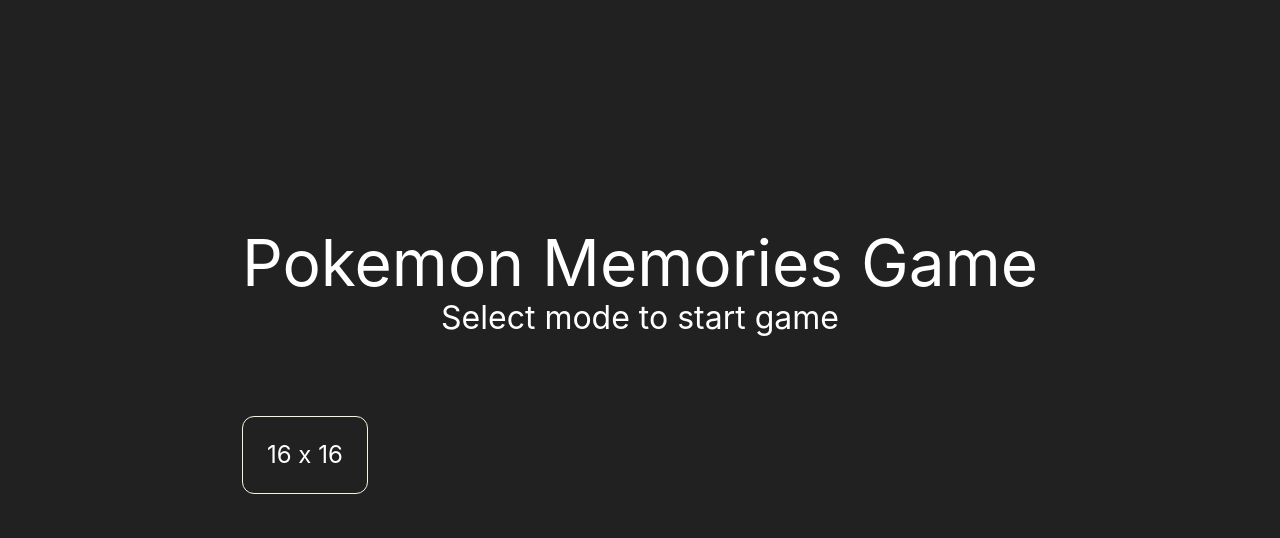
Repository: Kafierence/flip_card
Page: /
The author's editor kept a copy of each file at every save. The page is drawn from the files as they stood at one save, then again after the next save.
The browser window is 1280 px wide. The pictures show the whole page.
The project was rebuilt for these pictures with package versions that can differ from the ones it lists, and the page was loaded fresh each time. Also part of the build but not shown: vite.config.js.

Above is the page before, as saved 2022-09-20 14:22:43.

### index.html
<!DOCTYPE html>
<html lang="en">
  <head>
    <meta charset="UTF-8" />
    <link rel="icon" href="/favicon.ico" />
    <meta name="viewport" content="width=device-width, initial-scale=1.0" />
    <title>Memories Game</title>
    <!--Normalize CDN -->
    <link rel="stylesheet" href="https://cdnjs.cloudflare.com/ajax/libs/normalize/8.0.1/normalize.min.css" integrity="sha512-NhSC1YmyruXifcj/KFRWoC561YpHpc5Jtzgvbuzx5VozKpWvQ+4nXhPdFgmx8xqexRcpAglTj9sIBWINXa8x5w==" crossorigin="anonymous" referrerpolicy="no-referrer" />
  </head>
  <body>
    <div id="app"></div>
    <script type="module" src="/src/main.js"></script>
  </body>
</html>

### src/main.js
import { createApp } from "vue";
import App from "./App.vue";

import "./assets/style/global.css";

const app = createApp(App);

app.mount("#app");

### src/App.vue
<script>
  import WelcomeVue from './views/Welcome.vue';
  export default{
    components:{
      WelcomeVue,
    }
    ,methods:{

    }
  }
</script>
<template>
  <welcome-vue />
</template>

### src/assets/style/global.css
body{
    font-family: Inter, -apple-system, BlinkMacSystemFont, 'Segoe UI', Roboto, Oxygen, Ubuntu,
    Cantarell, 'Fira Sans', 'Droid Sans', 'Helvetica Neue', sans-serif;

}
#app{
    background-color: #212121;
    height: 100vh;
    display: flex;
    justify-content: center;
    align-items: center;
    font-size: 15px;
}

### src/views/Welcome.vue
<script>
import BoxVue from '../components/Box.vue';


export default{
    components:{
        BoxVue
    }
}
</script>
<template>
    <div class="container">
        <div class="title_start">
            Pokemon Memories Game
        </div>
        <div class="title_select">
            Select mode to start game
        </div>
        <div class="mode_select">
            <box-vue />
        </div>
    </div>
</template>
<style scoped>
    .container{
       color: white;
       text-align: center;

    }
    .container .title_start{
        font-size: 4rem;
    }
    .container .title_select{
        font-size: 2rem;
    }
    .container .mode_select{
        margin-top: 5rem;
        display: flex;

    }
</style>

### src/components/Box.vue
<script>
    export default{
        data(){
            return{

            }
        },
        props:{
            totalOfBlocks:{
                type:Number,
                require:true,
            }
        }
    }
</script>
<template>
    <div class="box_container">
        <div class="box_content">
            <div class="box_title">
                16 x 16
            </div>
        </div>
    </div>
</template>

<style scoped>
    .box_container{
       border: 1px solid beige;
       border-radius: 12px;
    }
    .box_content{
         display: flex;
        justify-content: center;
        align-content: center;
    }
    .box_title{
        padding: 1.5rem 1.5rem;
        font-size: 24px;
    }
</style>

After the next save:
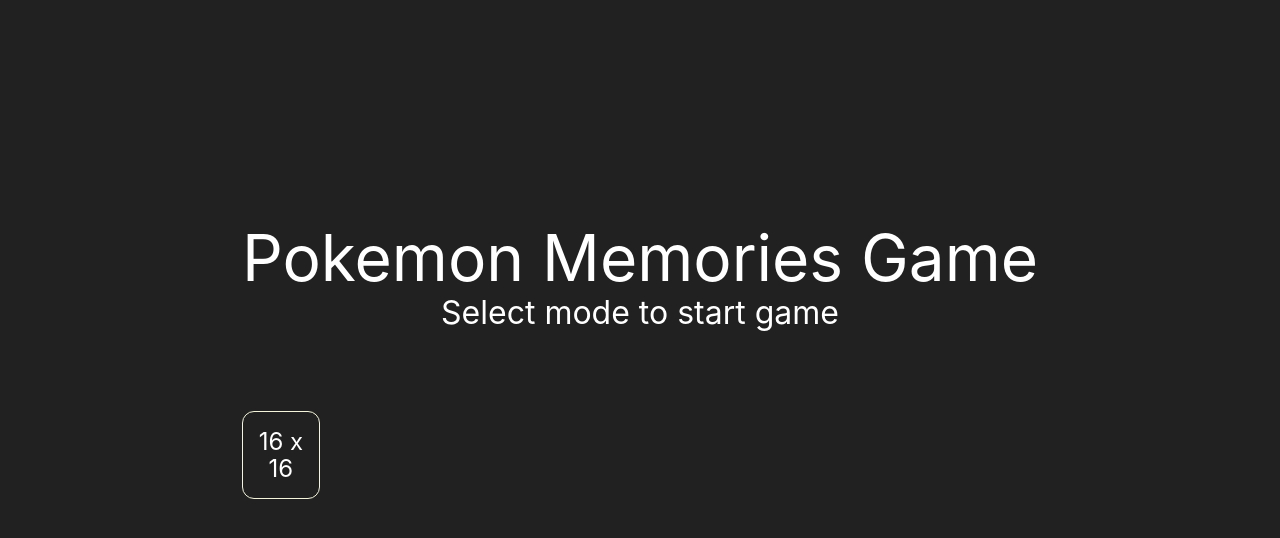
Saved 13 s later.
--- a/src/components/Box.vue
+++ b/src/components/Box.vue
@@ -34,7 +34,7 @@
         align-content: center;
     }
     .box_title{
-        padding: 1.5rem 1.5rem;
+        padding: 20% 20%;
         font-size: 24px;
     }
 </style>
